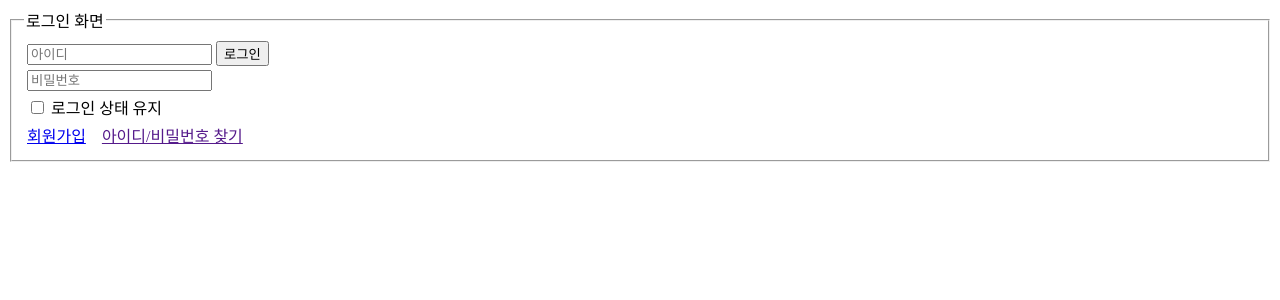
Repository: Scoobi-wisdoom/web
Page: d011/web/index.html
These files come from the project's save history. The page is drawn as it stood at one moment and after the next save; the edit follows.
The browser window is 1280 px wide. The pictures show the whole page.

Above is the page before, as saved 2020-08-05 09:16:21.

### d011/web/index.html
<!DOCTYPE html>
<html>
<head>
<meta charset="EUC-KR">
<title>로그인</title>
</head>
<body>

<form action="login" method="GET">
	<fieldset>
	<legend>로그인 화면</legend>
	<table>
		<tbody>
			<tr>
				<td colspan="2">
					<input type="text" name="id" size=20 placeholder="아이디">
					<input type="submit" value="로그인">
				</td>
			</tr>
			<tr>
				<td>
					<input type="text" name="pwd" size= 20 placeholder="비밀번호">
				</td>
			</tr>
			<tr>
				<td>
					<input type="checkbox" name="c1"> 로그인 상태 유지
				</td>
			</tr>
			<tr>
				<td>
					<a href="/d011/register.html">회원가입</a>&nbsp;&nbsp;&nbsp;
					<a href="">아이디/비밀번호 찾기</a>
				</td>
			</tr>
		</tbody>

	</table>
	</fieldset>
</form>

</body>
</html>

After the next save:
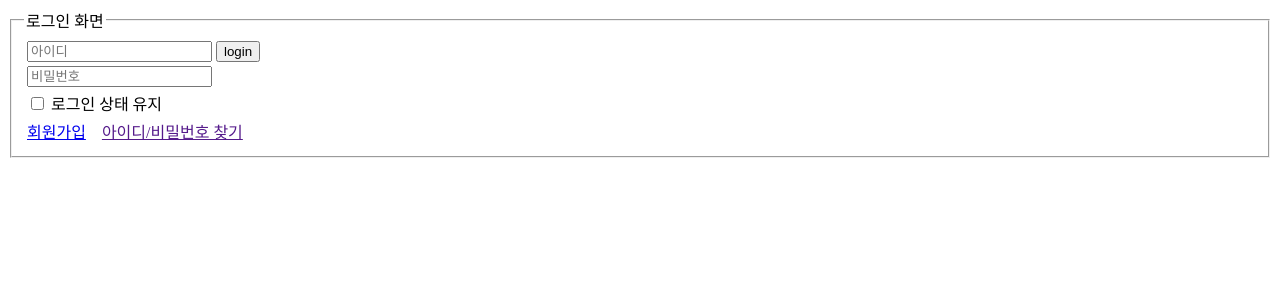
Saved 2 min 50 s later.
--- a/d011/web/index.html
+++ b/d011/web/index.html
@@ -14,7 +14,7 @@
 			<tr>
 				<td colspan="2">
 					<input type="text" name="id" size=20 placeholder="아이디">
-					<input type="submit" value="로그인">
+					<input type="submit" value="login">
 				</td>
 			</tr>
 			<tr>

After the save that followed:
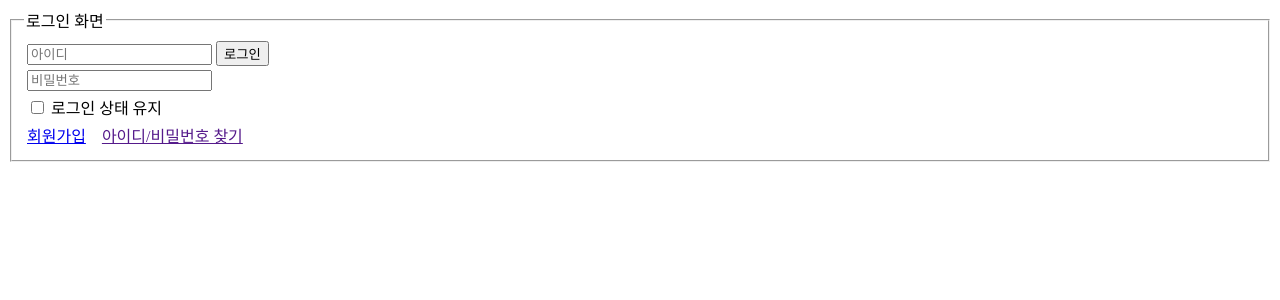
Saved 45 s later.
--- a/d011/web/index.html
+++ b/d011/web/index.html
@@ -14,7 +14,7 @@
 			<tr>
 				<td colspan="2">
 					<input type="text" name="id" size=20 placeholder="아이디">
-					<input type="submit" value="login">
+					<input type="submit" value="로그인">
 				</td>
 			</tr>
 			<tr>
